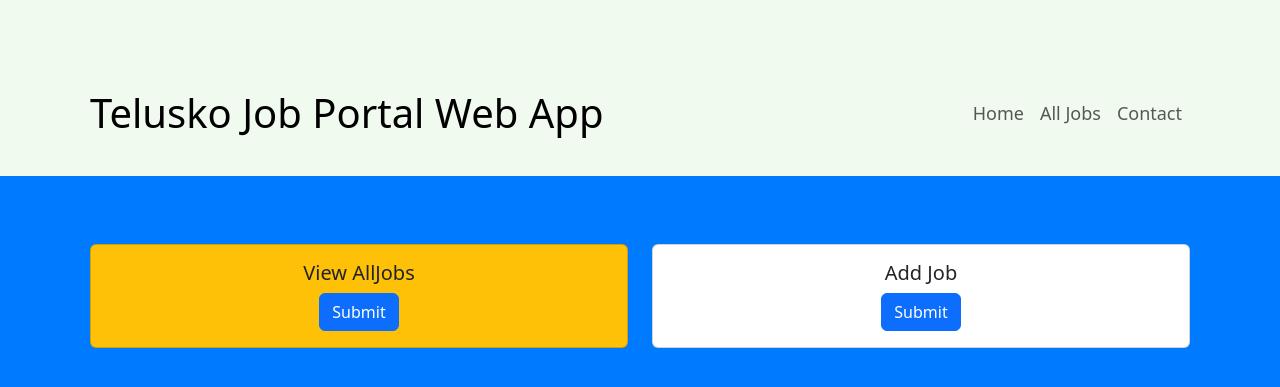
Repository: vipinvats42/spring-boot-job-web-app
Page: http://localhost/JobAppEample1/views/home.jsp
An editor plug-in stored every save of this project. The page is shown before and after the next save, followed by the edit.
The browser window is 1280 px wide. The pictures show the whole page.
The page is served by Tomcat 9.

Above is the page before, as saved 2024-05-23 15:34:21.

After the next save:
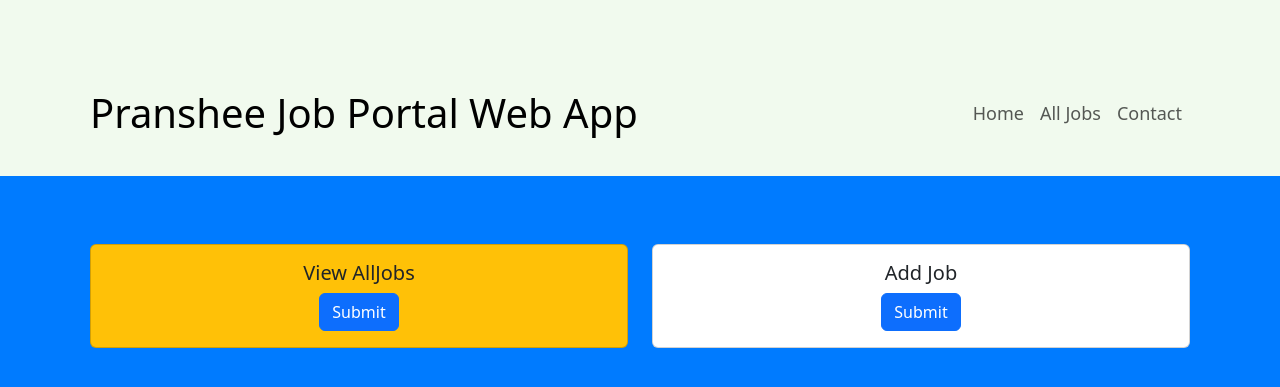
Saved 106 s later.
--- a/JobAppEample1/src/main/webapp/views/home.jsp
+++ b/JobAppEample1/src/main/webapp/views/home.jsp
@@ -7,7 +7,7 @@
 <meta charset="UTF-8">
 <meta name="viewport" content="width=device-width, initial-scale=1">
 
-<title>Telusko Job Portal</title>
+<title>Pranshee</title>
 <link
 	href="https://cdn.jsdelivr.net/npm/bootstrap@5.3.2/dist/css/bootstrap.min.css"
 	rel="stylesheet"
@@ -38,7 +38,7 @@
 
 	<nav class="navbar navbar-expand-lg navbar-light bg-clr">
 		<div class="container">
-			<a class="navbar-brand fs-1 fw-medium " href="#">Telusko Job
+			<a class="navbar-brand fs-1 fw-medium " href="#">Pranshee Job
 				Portal Web App</a>
 			<button class="navbar-toggler" type="button"
 				data-bs-toggle="collapse" data-bs-target="#navbarNav"

After the save that followed:
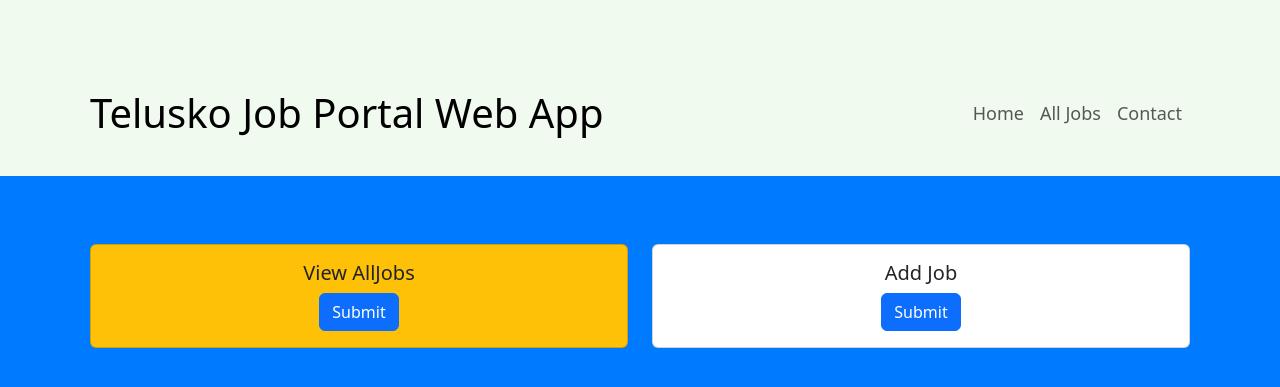
Saved 48 s later.
--- a/JobAppEample1/src/main/webapp/views/home.jsp
+++ b/JobAppEample1/src/main/webapp/views/home.jsp
@@ -7,7 +7,7 @@
 <meta charset="UTF-8">
 <meta name="viewport" content="width=device-width, initial-scale=1">
 
-<title>Pranshee</title>
+<title>Telusko Job Portal</title>
 <link
 	href="https://cdn.jsdelivr.net/npm/bootstrap@5.3.2/dist/css/bootstrap.min.css"
 	rel="stylesheet"
@@ -38,7 +38,7 @@
 
 	<nav class="navbar navbar-expand-lg navbar-light bg-clr">
 		<div class="container">
-			<a class="navbar-brand fs-1 fw-medium " href="#">Pranshee Job
+			<a class="navbar-brand fs-1 fw-medium " href="#">Telusko Job
 				Portal Web App</a>
 			<button class="navbar-toggler" type="button"
 				data-bs-toggle="collapse" data-bs-target="#navbarNav"
